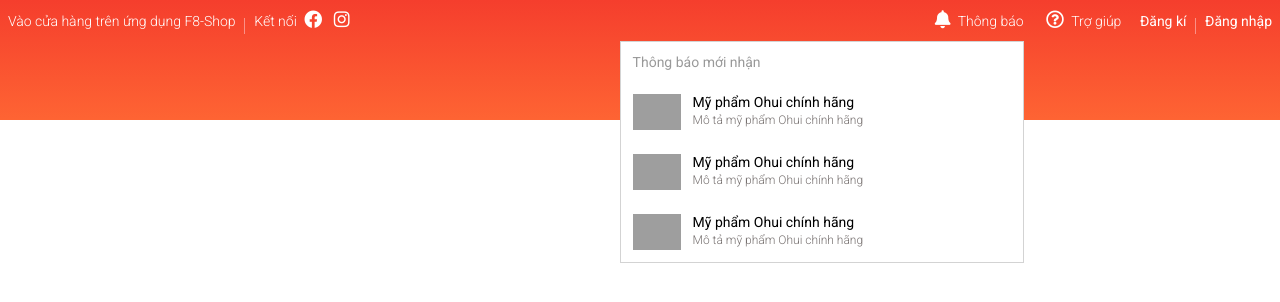
Repository: phunobi1807/shopee
Page: index.html
These files come from the project's save history. The page is drawn as it stood at one moment and after the next save; the edit follows.
The browser window is 1280 px wide. The pictures show the whole page.
Pictures or frames that could not be fetched are drawn as grey boxes.

Above is the page before, as saved 2021-06-13 12:10:25.

### index.html
<!DOCTYPE html>
<html lang="en">

<head>
    <meta charset="UTF-8">
    <meta http-equiv="X-UA-Compatible" content="IE=edge">
    <meta name="viewport" content="width=device-width, initial-scale=1.0">
    <title>Document</title>
    <link rel="stylesheet" href="https://cdnjs.cloudflare.com/ajax/libs/normalize/8.0.1/normalize.min.css">
    <link rel="stylesheet" href="./assets/css/base.css">
    <link rel="stylesheet" href="./assets/css/main.css">
    <link rel="stylesheet"
        href="./assets/fonts/fontawesome-free-5.15.3-web/fontawesome-free-5.15.3-web/css/all.min.css">
    <link rel="preconnect" href="https://fonts.gstatic.com">
    <link href="https://fonts.googleapis.com/css2?family=Roboto:wght@300;400;500&display=swap" rel="stylesheet">
</head>

<body>
    <div class="app">
        <header class="header">
            <div class="grid">
                <nav class="header__navbar">
                    <ul class="header__navbar-list">
                        <li class="header__navbar-item header__navbar-item--has-qr header__navbar-item--separate">
                            Vào cửa hàng trên ứng dụng F8-Shop
                            <div class="header__qr">
                                <img src="./assets/img/QR_code.png" alt="QR code" class="header__qr-img">
                                <div class="header__qr-apps">
                                    <a href="" class="header__qr-link">
                                        <img src="./assets/img/app_store.png" alt="Google Play"
                                            class="header__qr-download-img">
                                    </a>
                                    <a href="" class="header__qr-link">
                                        <img src="./assets/img/gg_play.png" alt="App Store"
                                            class="header__qr-download-img">
                                    </a>
                                </div>
                            </div>
                        </li>
                        <li class="header__navbar-item">
                            <span class="header__navbar-title--no-pointer">Kết nối</span>
                            <a href="" class="header__navbar-icon-link">
                                <i class="header__navbar-icon fab fa-facebook"></i>
                            </a>
                            <a href="" class="header__navbar-icon-link">
                                <i class="header__navbar-icon fab fa-instagram"></i>
                            </a>
                        </li>
                    </ul>
                    <ul class="header__navbar-list">
                        <li class="header__navbar-item">
                            <a href="" class="header__navbar-item-link">
                                <i class="header__navbar-icon fas fa-bell"></i>
                                Thông báo
                            </a>
                            <div class="header__notify">
                                <header class="header__notify-header">
                                    <h3>Thông báo mới nhận</h3>
                                </header>
                                <ul class="header__notify-list">
                                    <li class="header__notify-item">
                                        <a href="" class="header__notify-link">
                                            <img src="https://cf.shopee.vn/file/5fbf9049e4439e01d27d8f14388c46f8_tn" alt="" class="header__notify-img">
                                            <div class="header__notify-info">
                                                <span class="header__notify-name">Mỹ phẩm Ohui chính hãng</span>
                                                <span class="header__notify-description">Mô tả mỹ phẩm Ohui chính
                                                    hãng</span>
                                            </div>
                                        </a>
                                    </li>
                                    <li class="header__notify-item">
                                        <a href="" class="header__notify-link">
                                            <img src="https://cf.shopee.vn/file/5fbf9049e4439e01d27d8f14388c46f8_tn" alt="" class="header__notify-img">
                                            <div class="header__notify-info">
                                                <span class="header__notify-name">Mỹ phẩm Ohui chính hãng</span>
                                                <span class="header__notify-description">Mô tả mỹ phẩm Ohui chính
                                                    hãng</span>
                                            </div>
                                        </a>
                                    </li>
                                    <li class="header__notify-item">
                                        <a href="" class="header__notify-link">
                                            <img src="https://cf.shopee.vn/file/5fbf9049e4439e01d27d8f14388c46f8_tn" alt="" class="header__notify-img">
                                            <div class="header__notify-info">
                                                <span class="header__notify-name">Mỹ phẩm Ohui chính hãng</span>
                                                <span class="header__notify-description">Mô tả mỹ phẩm Ohui chính
                                                    hãng</span>
                                            </div>
                                        </a>
                                    </li>
                                </ul>
                            </div>
                        </li>
                        <li class="header__navbar-item">
                            <a href="" class="header__navbar-item-link">
                                <i class="header__navbar-icon far fa-question-circle"></i>
                                Trợ giúp
                            </a>
                        </li>
                        <li class="header__navbar-item header__navbar-item--strong header__navbar-item--separate">Đăng
                            kí</li>
                        <li class="header__navbar-item header__navbar-item--strong">Đăng nhập</li>
                    </ul>
                </nav>
            </div>
        </header>
        <div class="container">

        </div>
        <footer class="footer">

        </footer>
    </div>
</body>

</html>

### assets/css/base.css
:root
{
    --primary-color:#ee4d2d;
    --white-color: #fff;
    --black-color: #000;
    --text-color: #333;
}

*
{
    box-sizing: inherit;
}

html
{
    /* 10px */
    font-size: 62.5%;
    line-height: 1.6rem;
    font-family: 'Roboto', sans-serif;
    box-sizing: border-box;
}

.grid
{
    width: 1850px;
    max-width: 100%;
    margin: 0 auto;
}

.grid__full-width
{
    width: 100%;
}

.grid__row
{
    display: flex;
    flex-wrap: wrap;
}
/* Animation */
@keyframes fadeIn
{
    from
    {
        opacity: 0;
    }
    to
    {
        opacity: 1;
    }
}

### assets/css/main.css
.header
{
    height: 120px;
    background-image: linear-gradient(0, #fe6433, #f53e2d);
}
.header__navbar
{
    display: flex;
    justify-content: space-between;
}
.header__navbar-list
{
    list-style: none;
    padding-left: 0;
}
.header__navbar-item
{
    position: relative;
    margin: 0px 8px;
    min-height: 26px;
}
.header__navbar-item--has-qr:hover .header__qr
{
    display: block;
}
.header__navbar-item,
.header__navbar-item-link
{
    display: inline-block;
    font-size: 1.4rem;
    color: var(--white-color);
    text-decoration: none;
    font-weight: 300;
}
.header__navbar-item:hover,
.header__navbar-icon-link:hover,
.header__navbar-item-link:hover
{
    color: rgba(255, 255, 255, 0.7);
    cursor: pointer;
}
.header__navbar-item--strong
{
    font-weight: 400;
}
.header__navbar-item--separate::after
{
    content: "";
    display: block;
    position: absolute;
    border-left: 1px solid #FB9086;
    height: 16px;
    right: -9px;
    top: 50%;
    transform: translateY(-50%);
}

.header__navbar-icon-link
{
    color: var(--white-color);
    text-decoration: none;
}
.header__navbar-icon
{
    font-size: 1.8rem;
    margin: 0px 4px;

}
.header__navbar-title--no-pointer
{
    cursor: text;
    color: var(--white-color);
}
/* Header QR code  */
.header__qr
{
    background-color: var(--white-color);
    width: 186px;
    position: absolute;
    left: 0;
    top: 118%;
    padding: 8px;
    border-radius: 2px;
    display: none;
    animation:  fadeIn ease-in 0.3s;

}
.header__qr::before
{
    position: absolute;
    left: 0;
    top: -16px;
    width: 100%;
    height: 20px;
    content: "";
    display: block;

}
.header__qr-img
{
width: 100%;
}
.header__qr-apps
{
    display: flex;
    justify-content: space-between;
}
.header__qr-link:nth-child(1)
{
    margin-left: 11px;
}
.header__qr-link:nth-child(2)
{
    margin-right: 11px;
}
.header__qr-download-img
{
    height: 15px;
}

/* Header notification  */
.header__notify
{
    position: absolute;
    top: 118%;
    right: 0;
    width: 404px;
    border: 1px solid #D3D3D3;
    background-color: var(--white-color);
}
.header__notify-header
{
    height: 40px;
    background-color: var(--white-color);
}
.header__notify-header h3
{
    color: #999;
    margin: 0 0 0 12px;
    font-weight: 400;
    font-size: 1.4rem;
    line-height: 40px;
}
.header__notify-list
{
    padding-left: 0;
}
.header__notify-item
{

}
.header__notify-link
{
    display: flex;
    padding: 12px;
    text-decoration: none;
}
.header__notify-img
{
    width: 48px;
    object-fit: contain;
}
.header__notify-info
{
    margin-left: 12px;
}

.header__notify-name
{
    display: block;
    font-size: 1.4rem;
    color: var(--black-color);
    font-weight: 400;
}
.header__notify-description
{
display: block;
font-size: 1.2rem;
line-height: 2rem;
color: #756F6E;
}

Loaded but not shown: assets/fonts/fontawesome-free-5.15.3-web/fontawesome-free-5.15.3-web/css/all.min.css (library)

After the next save:
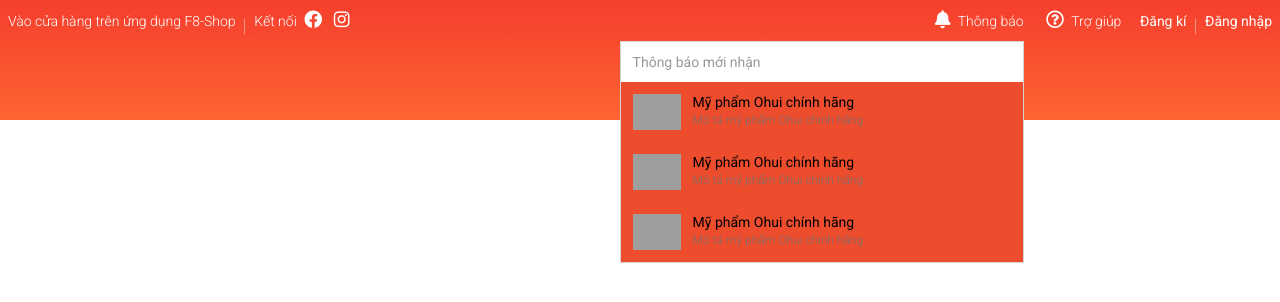
Saved 58 s later.
--- a/assets/css/main.css
+++ b/assets/css/main.css
@@ -154,6 +154,7 @@
     display: flex;
     padding: 12px;
     text-decoration: none;
+    background-color: rgba(238, 77, 45);
 }
 .header__notify-img
 {
